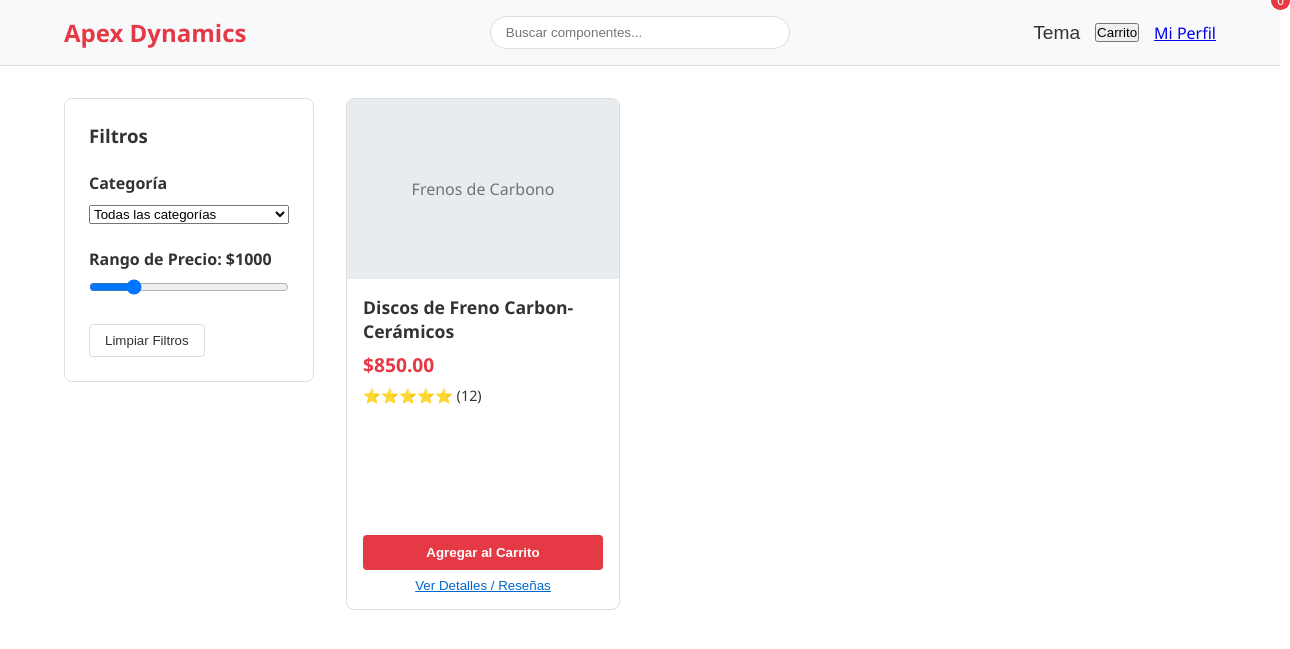
Repository: Niwrad774/Apex-Dynamics-Ecomerce
Page: html/cliente.html
An editor plug-in stored every save of this project. The page is shown before and after the next save, followed by the edit.
The browser window is 1280 px wide. The page is 1290 px wide, then 1280 px, so the pictures cover 1290 px, including what lies to the right of the window. The pictures show the whole page.

Above is the page before, as saved 2026-06-11 09:41:53.
Not found: html/js/controllers/CatalogController.js

After the next save:
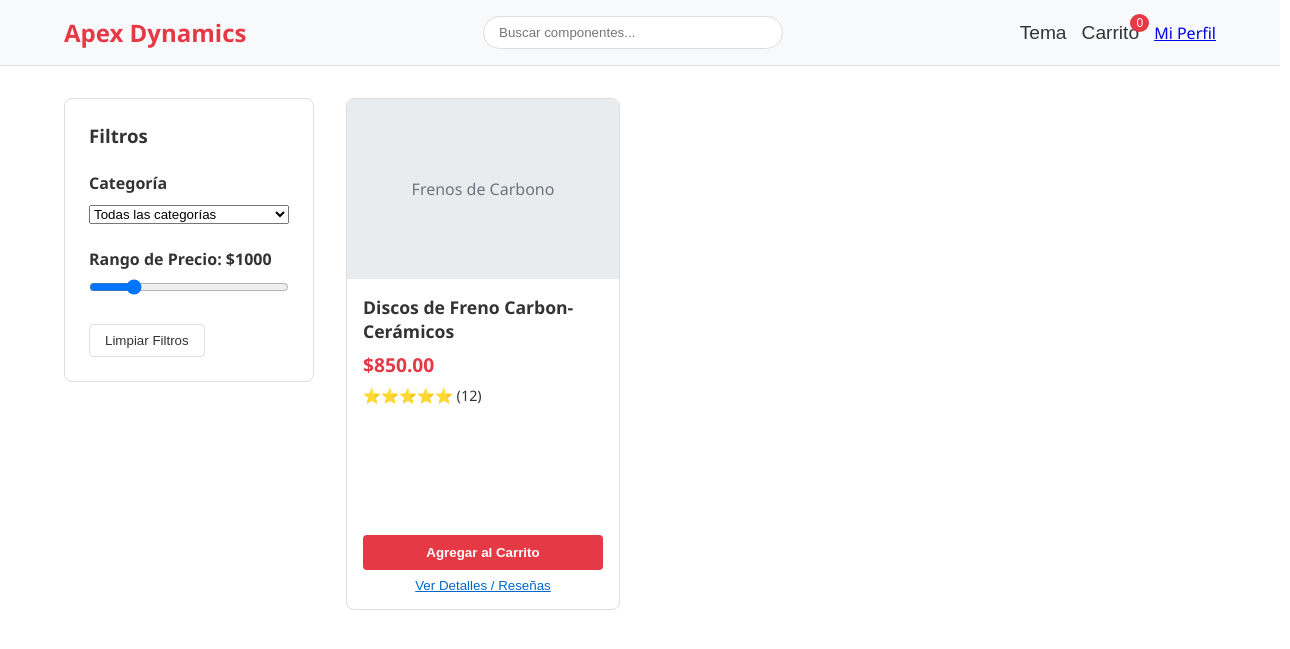
Saved 65 s later.
--- a/html/cliente.html
+++ b/html/cliente.html
@@ -14,7 +14,7 @@
         </div>
         <nav class="nav-actions">
             <button id="theme-toggle" class="btn-icon">Tema</button>
-            <button id="cart-toggle"><span id="cart-count">0</span>Carrito</button>
+            <button id="cart-toggle" class="btn-icon"><span id="cart-count">0</span>Carrito</button>
             <a href="#perfil" class="profile-link">Mi Perfil</a>
         </nav>
     </header>
